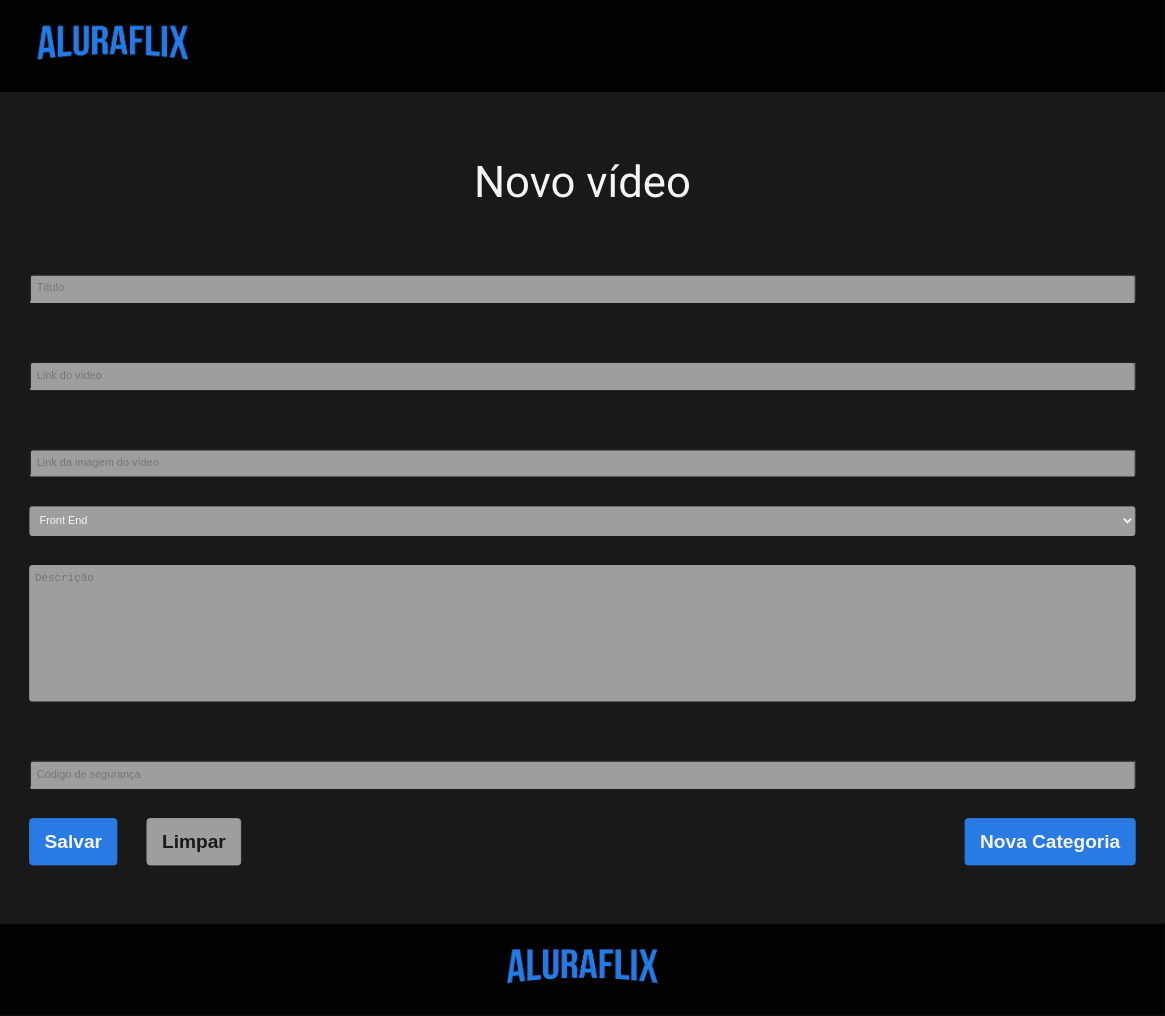
Repository: CarlosEduardoVdeOliveira/aluraflix
Page: /register-video
The author's editor kept a copy of each file at every save. The page is drawn from the files as they stood at one save, then again after the next save.
The browser window is 1280 px wide. The pictures show the whole page, at 91% of full size.
The project was rebuilt for these pictures with package versions that can differ from the ones it lists, and the page was loaded fresh each time. Also part of the build but not shown: vite.config.js, src/components/Banner/Banner.module.css, src/components/TitleCategory/TitleCategory.module.css, src/components/TitleCategory/index.jsx, src/components/SectionPerCategory/SectionPerCategory.module.css, src/components/Card/Card.module.css, src/components/Card/index.jsx, src/components/SectionPerCategory/index.jsx and 5 more.

Above is the page before, as saved 2023-09-25 15:59:11.

### index.html
<!doctype html>
<html lang="en">
  <head>
    <meta charset="UTF-8" />
    <link rel="preconnect" href="https://fonts.googleapis.com">
    <link rel="preconnect" href="https://fonts.gstatic.com" crossorigin>
    <!-- <link rel="icon" type="image/svg+xml" href="/vite.svg" /> -->
    <meta name="viewport" content="width=device-width, initial-scale=1.0" />
    <link href="https://fonts.googleapis.com/css2?family=Roboto:wght@300;400;500;700&display=swap" rel="stylesheet">
    <title>AluraFlix</title>
  </head>
  <body>
    <div id="root"></div>
    <script type="module" src="/src/main.jsx"></script>
  </body>
</html>

### src/main.jsx
import React from 'react'
import ReactDOM from 'react-dom/client'
import {AppRoutes} from './routes'
import './index.css'
import { ThemeProvider } from '@emotion/react'
import { theme } from './customColors'

ReactDOM.createRoot(document.getElementById('root')).render(
  <React.StrictMode>
    <ThemeProvider theme={theme}>
      <AppRoutes />
    </ThemeProvider>
  </React.StrictMode>,
)

### src/routes.jsx
import { BrowserRouter, Route, Routes } from 'react-router-dom'
import {PageBase} from './pages/pageBase'
import {Home} from './pages/Home'
import { ThemeProvider } from '@mui/material'
import { theme } from './customColors'
import {RegisterVideo} from './pages/RegisterVideo'
import {RegisterCategory} from './pages/RegisterCategory'


export const AppRoutes = () => {
  return (
    <BrowserRouter>
      <ThemeProvider theme={theme}>
        <Routes>
          <Route path='/' element={<PageBase />}>
            <Route index element={<Home />}></Route>
            <Route path='register-video' element={<RegisterVideo />}></Route>
            <Route path='register-category' element={<RegisterCategory />}></Route>
          </Route>
        </Routes>
      </ThemeProvider>
    </BrowserRouter>
  )
}

### src/index.css
:root {
  --gray-100: #F5F5F5;
  --gray-150: #E5E5E5;
  --gray-175: #C2C2C2;
  --gray-300: #9E9E9E;
  --gray-500: #191919;
  --black: #000;
  --blue-500: #2A7AE4;
  --red-500: #E53935;
  font-family: 'Roboto', sans-serif;
  line-height: 1.5;
  font-weight: 400;
  font-size: 1rem;
  font-synthesis: none;
  text-rendering: optimizeLegibility;
  -webkit-font-smoothing: antialiased;
  -moz-osx-font-smoothing: grayscale;
  -webkit-text-size-adjust: 100%;
}
*{
  box-sizing: border-box;
  margin: 0;
  padding: 0;
  scroll-behavior: smooth;
}
body{
  background-color: var(--gray-500);
}
a {
  text-decoration: none;
  transiton: .5s all ease-out;
}

button{
  cusor: pointer;
  transiton: .5s all ease-out;
}

@media screen and (max-width: 1080px){
  body{
    font-size: 87.5%;
  }
}
@media screen and (max-width: 700px){
  body{
    font-size: 75%;
  }
}

### src/customColors.js
import { createTheme } from '@mui/material/styles';

export const theme = createTheme({
  palette: {
    withe: "#FFFFFF",
    gray100: "#F5F5F5",
    gray150: "#E5E5E5",
    gray175: "#C2C2C2",
    gray300: "#9E9E9E",
    gray500: "#191919",
    black: "#000000",
    blue500: "#2A7AE4",
    red500: "#E53935",
  },
});

### src/pages/pageBase/index.jsx
import { Banner } from '../../components/Banner';
import {Footer} from '../../components/Footer';
import {Header} from '../../components/Header'
import { Outlet } from "react-router-dom";
import { useLocation } from 'react-router-dom';


export const PageBase = () => {
  const location = useLocation()
  return (
    <main>
      <Header button={location.pathname === '/'} />
      <Banner banner={location.pathname === '/'} />
      <Outlet />
      <Footer />
    </main>
  )
}

### src/pages/RegisterVideo/index.jsx
/* eslint-disable react/jsx-key */
import { Link } from "react-router-dom";
import { Button } from "../../components/Button";
import { Input, Select } from "../../components/Input";
import { TextArea } from "../../components/TextArea";
import styles from './Register.module.css'
import {categories} from '../../json/db.json'

export const RegisterVideo = () => {
  return (
    <form className={styles.container}>
      <h2>Novo vídeo</h2>
      <Input placeholder="Título" type="text" />
      <Input placeholder="Link do vídeo" type="text" />
      <Input placeholder="Link da imagem do vídeo" type="text" />
      <Select categories={'category'}>
        {
          categories.map(category => (
            <option key={category.id} value={category.name}>{category.name}</option>
          ))
        }
      </Select>
      <TextArea placeholder="Descrição"></TextArea>
      <Input placeholder="Código de segurança" type="text" />
      <div className={styles.groupButton}>
        <div className={styles.subGroupButton}>
          <Button
            bgColor="#2A7AE4"
            color="#F5F5F5"
            borderColor="1px solid #2A7AE4"
          >
            Salvar
          </Button>
          <Button
            bgColor="#9E9E9E"
            color="#191919"
            borderColor="1px solid #9E9E9E"
          >
            Limpar
          </Button>
        </div>
        <Link to="/register-category">
          <Button
            bgColor="#2A7AE4"
            color="#F5F5F5"
            borderColor="1px solid #2A7AE4"
            >
            Nova Categoria
          </Button>
        </Link>
      </div>
    </form>
  );
};

### src/components/Banner/index.jsx
/* eslint-disable react/prop-types */
import styles from './Banner.module.css'
import bannerImage from '../../../public/banner.png'
import {TitleCategory} from '../TitleCategory';

export const Banner = ({banner}) => {
  return(
    <>
      {
        banner && (
        <div className={styles.container}>
          <div className={styles.content}>
            <TitleCategory
              bgColor="#6BD1FF"
              color="#f5f5f5"
            >
              Font End
            </TitleCategory>
            <h5 >
              SEO com React
            </h5>
            <p>
              Esse desafio é uma forma de aprendizado.
              É um mecanismo onde você pode se engajar na resolução de um problema
              para poder aplicar todo o conhecimento adquirido na Formação React.
            </p>
          </div>
          <img src={bannerImage} alt='Imagem do SEO da alura, '/>
        </div>
        )
      }
    </>
  );
}

### src/components/Footer/index.jsx
import { Link } from 'react-router-dom'
import logo from '../../assets/logo.png'
import styles from './Footer.module.css'
export const Footer = () => {
  return (
    <footer className={styles.container}>
      <Link to='/'>
        <img src={logo} alt="Logo do aluraflix" />
      </Link>
    </footer>
  )
}

### src/components/Header/index.jsx
/* eslint-disable react/prop-types */
// eslint-disable-next-line no-unused-vars
import React from 'react';
import logo from '../../assets/logo.png'
import styles from './Header.module.css'
import { Link } from 'react-router-dom';
import {Button} from '../Button';


export const Header = ({button}) => {

  return (
    <header className={styles.container}>
      <Link to="/">
        <img src={logo} alt='Logo do aluraflix' />
      </Link>
      {button &&
          <Link to="/register-video">
            <Button
              bgColor="#000"
              borderColor="1px solid #FFF"
              color="#F5f5f5"
            >
                  Novo vídeo
            </Button>
          </Link>
      }
    </header>
  )
}

### src/components/Button/index.jsx
/* eslint-disable react/prop-types */
import styles from './Button.module.css'

export const Button = ({children, bgColor, borderColor, color}) => {
  return(
    <button className={styles.button}
      style={{
        background:bgColor,
        border:borderColor,
        color:color
      }}
    >
      {children}
    </button>
  )
}

### src/components/Input/index.jsx
/* eslint-disable react/prop-types */
import styles from './Input.module.css'

export const Input = ({placeholder, type, value, label}) => {
  return(
    <>
      <label>{label}</label>
      <input className={styles.input} type={type} value={value} placeholder={placeholder} />
    </>
  )
}
export const Select = ({categories, children}) => {
  return(
    <>
      <select className={styles.input} name={categories}>
        {children}
      </select>
    </>
  )
}

### src/components/TextArea/index.jsx
/* eslint-disable react/prop-types */
import styles from "./TextArea.module.css"

export const TextArea = ({placeholder}) =>{
  return(
    <textarea className={styles.textarea} placeholder={placeholder}></textarea>
  )
}

### src/pages/RegisterVideo/Register.module.css
.container{
  width: 100%;
  margin: 2rem auto;
  padding: 2rem;
  display: flex;
  align-items: center;
  justify-content: center;
  flex-direction: column;
  gap: 2rem;
}

.container h2{
  color: var(--gray-100);
  text-align: center;
  font-size: 3rem;
  font-weight: 400;
}

.groupButton{
  width: 100%;
  display: flex;
  flex-direction: row;
  justify-content: space-between;
}

.subGroupButton{
  display: flex;
  gap: 2rem;
}

### src/json/db.json
{
  "videos":[
  {
    "id": 1,
    "name": "Homem-Aranha - Sem Volta Para Casa",
    "link": "https://www.youtube.com/watch?v=k77WZrvuDQU&ab_channel=Alura",
    "thumbnail": "https://i.ytimg.com/vi/k77WZrvuDQU/sddefault.jpg",
    "category": "Front End",
    "description": "Descrição qualquer"
  },
  {
    "id": 2,
    "name": "Homem-Aranha - Sem Volta Para Casa",
    "link": "https://www.youtube.com/watch?v=k77WZrvuDQU&ab_channel=Alura",
    "thumbnail": "https://i.ytimg.com/vi/k77WZrvuDQU/sddefault.jpg",
    "category": "Front End",
    "description": "Descrição qualquer"
  },
  {
    "id": 3,
    "name": "Homem-Aranha - Sem Volta Para Casa",
    "link": "https://www.youtube.com/watch?v=k77WZrvuDQU&ab_channel=Alura",
    "thumbnail": "https://i.ytimg.com/vi/k77WZrvuDQU/sddefault.jpg",
    "category": "Front End",
    "description": "Descrição qualquer"
  },
  {
    "id": 4,
    "name": "Homem-Aranha - Sem Volta Para Casa",
    "link": "https://www.youtube.com/watch?v=hHM-hr9q4mo&ab_channel=Rocketseat",
    "thumbnail": "https://i.ytimg.com/vi/hHM-hr9q4mo/maxresdefault.jpg",
    "category": "Back End",
    "description": "Descrição qualquer"
  },
  {
    "id": 5,
    "name": "Homem-Aranha - Sem Volta Para Casa",
    "link": "https://www.youtube.com/watch?v=hHM-hr9q4mo&ab_channel=Rocketseat",
    "thumbnail": "https://i.ytimg.com/vi/hHM-hr9q4mo/maxresdefault.jpg",
    "category": "Back End",
    "description": "Descrição qualquer"
  },
  {
    "id": 6,
    "name": "Homem-Aranha - Sem Volta Para Casa",
    "link": "https://www.youtube.com/watch?v=hHM-hr9q4mo&ab_channel=Rocketseat",
    "thumbnail": "https://i.ytimg.com/vi/hHM-hr9q4mo/maxresdefault.jpg",
    "category": "Back End",
    "description": "Descrição qualquer"
  },
  {
    "id": 7,
    "name": "Homem-Aranha - Sem Volta Para Casa",
    "link": "https://www.youtube.com/watch?v=MGIs7DSQ-0A&ab_channel=Alura",
    "thumbnail": "https://i.ytimg.com/vi/MGIs7DSQ-0A/maxresdefault.jpg",
    "category": "Mobile",
    "description": "Descrição qualquer"
  },
  {
    "id": 8,
    "name": "Homem-Aranha - Sem Volta Para Casa",
    "link": "https://www.youtube.com/watch?v=MGIs7DSQ-0A&ab_channel=Alura",
    "thumbnail": "https://i.ytimg.com/vi/MGIs7DSQ-0A/maxresdefault.jpg",
    "category": "Mobile",
    "description": "Descrição qualquer"
  },
  {
    "id": 9,
    "name": "Homem-Aranha - Sem Volta Para Casa",
    "link": "https://www.youtube.com/watch?v=MGIs7DSQ-0A&ab_channel=Alura",
    "thumbnail": "https://i.ytimg.com/vi/MGIs7DSQ-0A/maxresdefault.jpg",
    "category": "Mobile",
    "description": "Descrição qualquer"
  },
  {
    "id": 10,
    "name": "Homem-Aranha - Sem Volta Para Casa",
    "link": "https://www.youtube.com/watch?v=CyiiEJRZjSU",
    "thumbnail": "https://i.ytimg.com/vi/CyiiEJRZjSU/maxresdefault.jpg",
    "category": "Data Science",
    "description": "Descrição qualquer"
  },
  {
    "id": 11,
    "name": "Homem-Aranha - Sem Volta Para Casa",
    "link": "https://www.youtube.com/watch?v=CyiiEJRZjSU",
    "thumbnail": "https://i.ytimg.com/vi/CyiiEJRZjSU/maxresdefault.jpg",
    "category": "Data Science",
    "description": "Descrição qualquer"
  },
  {
    "id": 12,
    "name": "Homem-Aranha - Sem Volta Para Casa",
    "link": "https://www.youtube.com/watch?v=CyiiEJRZjSU",
    "thumbnail": "https://i.ytimg.com/vi/CyiiEJRZjSU/maxresdefault.jpg",
    "category": "Data Science",
    "description": "Descrição qualquer"
  },
  {
    "id": 13,
    "name": "Homem-Aranha - Sem Volta Para Casa",
    "link": "https://www.youtube.com/watch?v=CyiiEJRZjSU",
    "thumbnail": "https://i.ytimg.com/vi/CyiiEJRZjSU/maxresdefault.jpg",
    "category": "UX",
    "description": "Descrição qualquer"
  },
  {
    "id": 14,
    "name": "Homem-Aranha - Sem Volta Para Casa",
    "link": "https://www.youtube.com/watch?v=CyiiEJRZjSU",
    "thumbnail": "https://i.ytimg.com/vi/CyiiEJRZjSU/maxresdefault.jpg",
    "category": "UX",
    "description": "Descrição qualquer"
  },
  {
    "id": 15,
    "name": "Homem-Aranha - Sem Volta Para Casa",
    "link": "https://www.youtube.com/watch?v=CyiiEJRZjSU",
    "thumbnail": "https://i.ytimg.com/vi/CyiiEJRZjSU/maxresdefault.jpg",
    "category": "UX",
    "description": "Descrição qualquer"
  },
  {
    "id": 16,
    "name": "Homem-Aranha - Sem Volta Para Casa",
    "link": "https://www.youtube.com/watch?v=CyiiEJRZjSU",
    "thumbnail": "https://i.ytimg.com/vi/CyiiEJRZjSU/maxresdefault.jpg",
    "category": "Infra",
    "description": "Descrição qualquer"
  },
  {
    "id": 17,
    "name": "Homem-Aranha - Sem Volta Para Casa",
    "link": "https://www.youtube.com/watch?v=CyiiEJRZjSU",
    "thumbnail": "https://i.ytimg.com/vi/CyiiEJRZjSU/maxresdefault.jpg",
    "category": "Infra",
    "description": "Descrição qualquer"
  },
  {
    "id": 18,
    "name": "Homem-Aranha - Sem Volta Para Casa",
    "link": "https://www.youtube.com/watch?v=CyiiEJRZjSU",
    "thumbnail": "https://i.ytimg.com/vi/CyiiEJRZjSU/maxresdefault.jpg",
    "category": "Infra",
    "description": "Descrição qualquer"
  },
  {
    "id": 19,
    "name": "Homem-Aranha - Sem Volta Para Casa",
    "link": "https://www.youtube.com/watch?v=CyiiEJRZjSU",
    "thumbnail": "https://i.ytimg.com/vi/CyiiEJRZjSU/maxresdefault.jpg",
    "category": "Inovation",
    "description": "Descrição qualquer"
  },
  {
    "id": 20,
    "name": "Homem-Aranha - Sem Volta Para Casa",
    "link": "https://www.youtube.com/watch?v=CyiiEJRZjSU",
    "thumbnail": "https://i.ytimg.com/vi/CyiiEJRZjSU/maxresdefault.jpg",
    "category": "Inovation",
    "description": "Descrição qualquer"
  },
  {
    "id": 21,
    "name": "Homem-Aranha - Sem Volta Para Casa",
    "link": "https://www.youtube.com/watch?v=CyiiEJRZjSU",
    "thumbnail": "https://i.ytimg.com/vi/CyiiEJRZjSU/maxresdefault.jpg",
    "category": "Inovation",
    "description": "Descrição qualquer"
  },
  {
    "id": 22,
    "name": "Homem-Aranha - Sem Volta Para Casa",
    "link": "https://www.youtube.com/watch?v=CyiiEJRZjSU",
    "thumbnail": "https://i.ytimg.com/vi/CyiiEJRZjSU/maxresdefault.jpg",
    "category": "AI",
    "description": "Descrição qualquer"
  }
],
"categories":[
  {

    "id":1,
    "name":"Front End",
    "description": "Todos os vídeo da área de Front End juntarei nessa categoria para organizar os estudos que venho fazendo atualmente (FieldTextarea)",
    "color":"#6BD1FF"
  },
  {
    "id":2,
    "name":"Back End",
    "description": "Todos os vídeo que estou usando para estudar Back End ",
    "color":"#69953B"
  },
  {
    "id":3,
    "name":"Design & UX",
    "description": "Ferramentas e técnicas que estudo sobre UX e Design",
    "color":"#DC6EBE"
  },
  {
    "id":4,
    "name":"Infraestrutura" ,
    "description": "Tudo que estou aprendendo sobre Docker e muito mais",
    "color":"#9CD33B"
  },
  {
    "id":5,
    "name":"Marketing Digital",
    "description": "A forma de vender a monetizar minhas ideias",
    "color":"#6B5BE2"
  },
  {
    "id":6,
    "name":"Data Science",
    "description": "Coisas de R e Python que venho aprendendo",
    "color":"#9CD33B"
  },
  {
    "id":7,
    "name":"Inovação & Gestão",
    "description": "Como manter o time feliz e muito mais",
    "color":"#FF8C2A"
  },
  {
    "id":8,
    "name":"Mobile",
    "description": "Conteúdo que venho estudando sobre React Native e Flutter",
    "color":"#FFBA05"
  },
  {
    "id":9,
    "name":"AI",
    "description": "Conteúdo que venho estudando sobre React Native e Flutter",
    "color":"#B210C7"
  }
]
}

### src/components/Footer/Footer.module.css
.container{
  display: flex;
  align-items: center;
  justify-content: center;
  padding: 1.688rem 2.5rem;
  background-color: rgba(0, 0, 0, 0.9);
}

.container img{
  width: 168.45px;
  height: 40px;
}

### src/components/Header/Header.module.css
.container{
  display: flex;
  justify-content: space-between;
  align-items: center;
  padding: 1.688rem 2.5rem;
  background-color: rgba(0, 0, 0, 0.9);
}

.container img{
  width: 168.45px;
  height: 40px;
}

### src/components/Button/Button.module.css
.button{
  color: #FFF;
  text-align: center;
  padding: 0.8rem 1rem;
  border-radius: .25rem;
  font-size: 21px;
  font-style: normal;
  font-weight: 600;
  cursor: pointer;
  line-height: 24px;
  transition: all .5s ease-in-out;
}

.button:hover{
  opacity: 0.8;
}

### src/components/Input/Input.module.css
.input{
  color: var(--gray-100);
  font-size: 12px;
  font-weight: 300;
  width: 100%;
  padding: .4rem;
  background-color: var(--gray-300);
  border-bottom: 3px solid var(--gray-300);
  outline: none;
  border-radius: 4px;
}

.input[type='color']{
  padding: 0;
}

.input:focus{
  border-bottom: 3px solid var(--blue-500);
}

.input:invalid{
  border-bottom: 3px solid var(--red-500);
}

### src/components/TextArea/TextArea.module.css
.textarea{
  color: var(--gray-175);
  font-size: 12px;
  font-weight: 300;
  resize: none;
  width: 100%;
  height: 9.375rem;
  padding: .4rem;
  background-color: var(--gray-300);
  outline: none;
  border: none;
  border-radius: 4px;
}

.textarea:focus{
  border-bottom: 3px solid var(--blue-500);
}
.textarea:invalid{
  border-bottom: 3px solid var(--red-500);
}

After the next save:
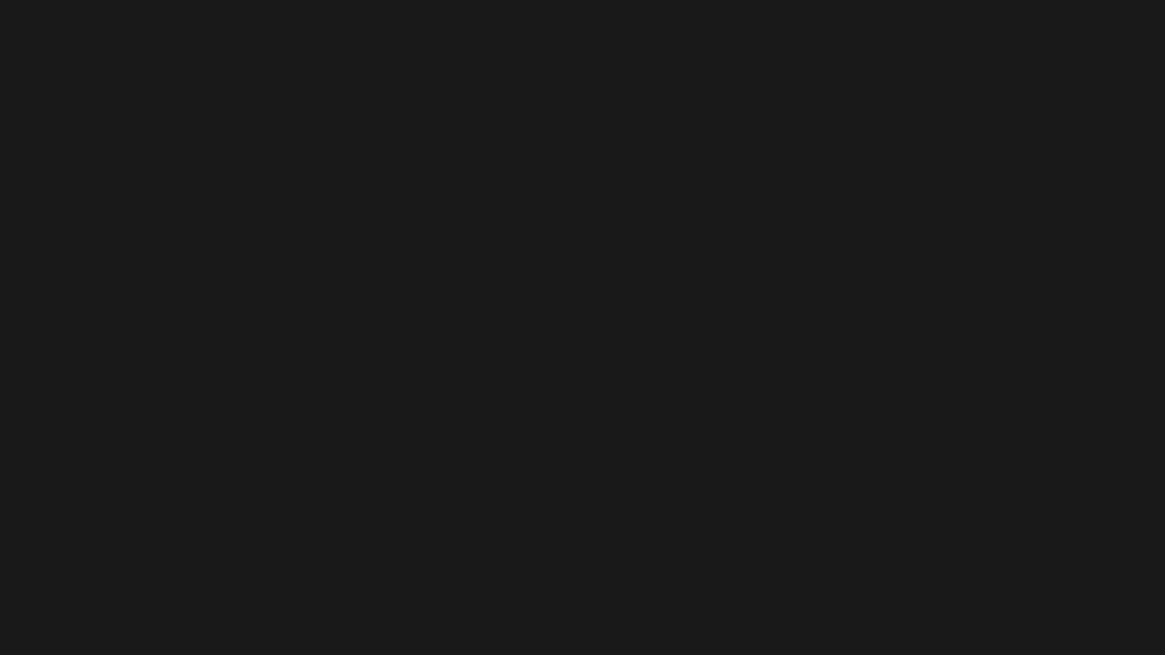
Console error: TypeError: categories2.map is not a function
Saved 11 min 36 s later.
--- a/src/components/Input/index.jsx
+++ b/src/components/Input/index.jsx
@@ -9,11 +9,15 @@ export const Input = ({placeholder, type, value, label}) => {
     </>
   )
 }
-export const Select = ({categories, children}) => {
+export const Select = ({categories}) => {
   return(
     <>
       <select className={styles.input} name={categories}>
-        {children}
+      {
+          categories.map(category => (
+            <option key={category.id} value={category.name}>{category.name}</option>
+          ))
+        }
       </select>
     </>
   )

After the 2 saves that followed:
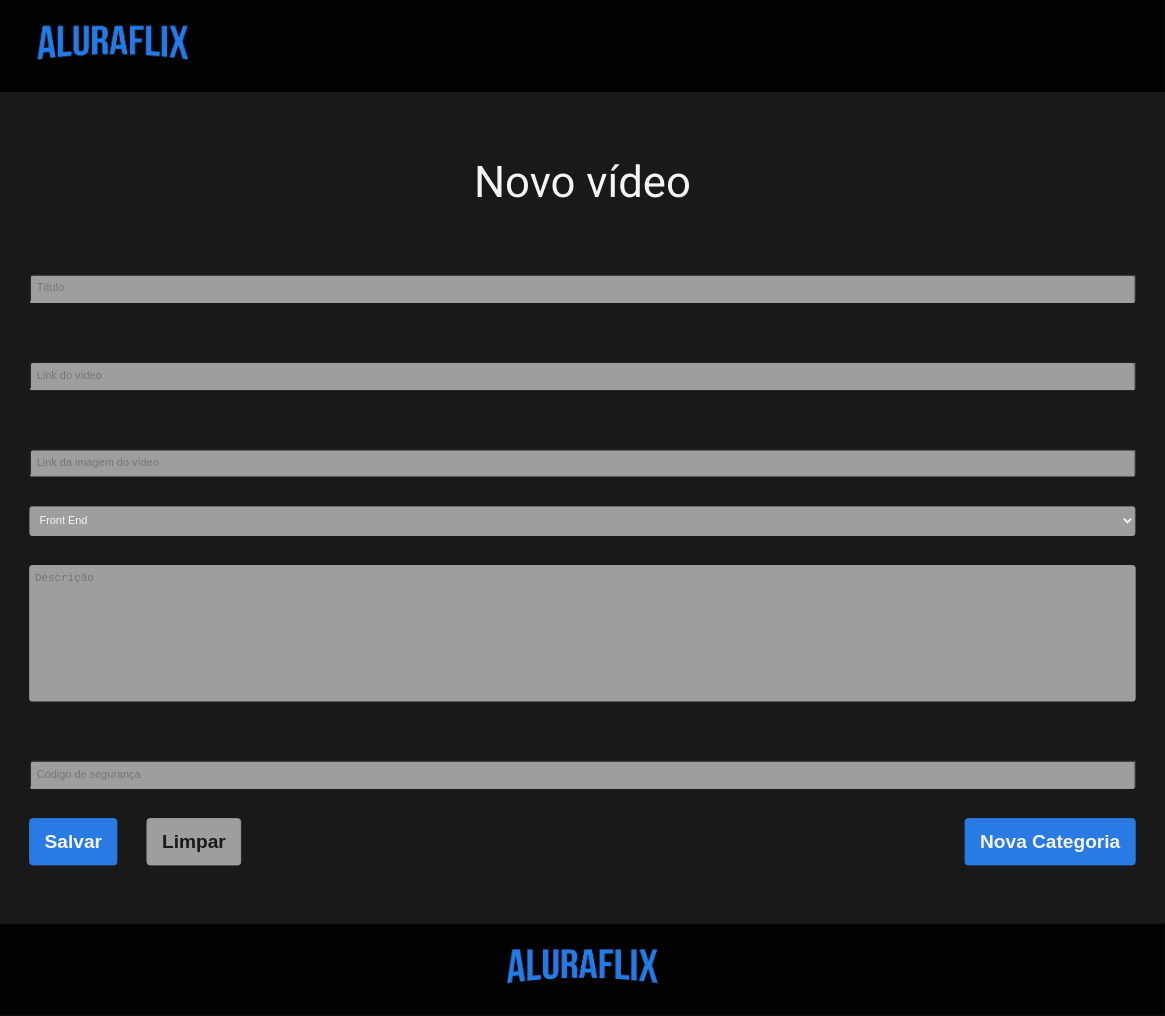
The error is gone.
The 2 saves are shown as one change because 1 left the picture as it was.
The last was saved 36 s later.
--- a/src/pages/RegisterVideo/index.jsx
+++ b/src/pages/RegisterVideo/index.jsx
@@ -13,13 +13,7 @@ export const RegisterVideo = () => {
       <Input placeholder="Título" type="text" />
       <Input placeholder="Link do vídeo" type="text" />
       <Input placeholder="Link da imagem do vídeo" type="text" />
-      <Select categories={'category'}>
-        {
-          categories.map(category => (
-            <option key={category.id} value={category.name}>{category.name}</option>
-          ))
-        }
-      </Select>
+      <Select categories={categories} />
       <TextArea placeholder="Descrição"></TextArea>
       <Input placeholder="Código de segurança" type="text" />
       <div className={styles.groupButton}>
